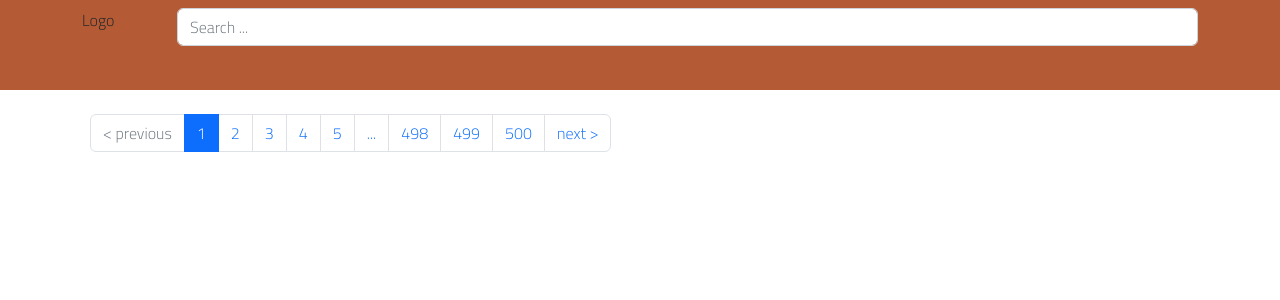
Repository: SD-Mdouka/react-table
Page: /
An editor plug-in stored every save of this project. The page is shown before and after the next save, followed by the edit.
The browser window is 1280 px wide. The pictures show the whole page.
The page's requests for data from a server got no answer. The project was rebuilt for these pictures with package versions that can differ from the ones it lists, and the page was loaded fresh each time. No one was signed in, and anything a server would have sent is missing. Also part of the build but not shown: src/react-table-filter/table-list-card/components/CardMovies.tsx.

Above is the page before, as saved 2022-10-16 01:16:51.

After the next save:
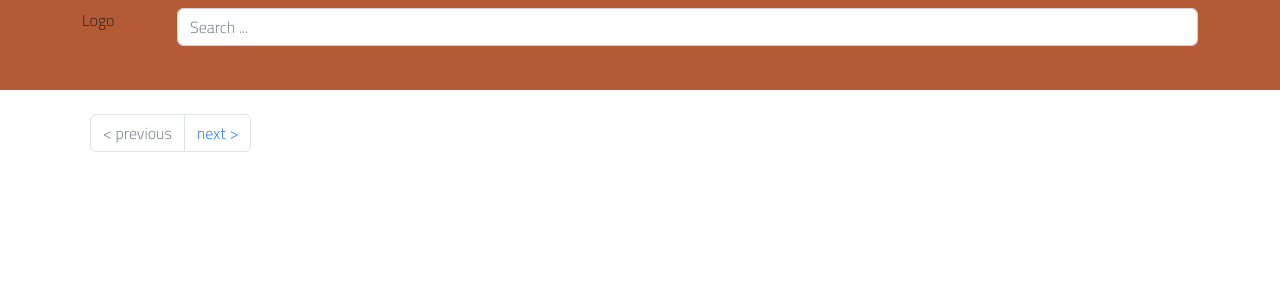
Saved 5 s later.
--- a/src/react-table-filter/table-list-card/components/Pageination.tsx
+++ b/src/react-table-filter/table-list-card/components/Pageination.tsx
@@ -2,11 +2,11 @@ import React from "react";
 import { Pagination } from "react-bootstrap";
 import ReactPaginate from "react-paginate";
 
-const Pageination = ({ getPage }: any) => {
+const Pageination = ({ getPage, countPages }: any) => {
   const handlePageClick = (data: any) => {
     getPage(data.selected + 1);
   };
-  const pageCount = 500;
+  const pageCount = countPages;
   return (
     <div>
       <ReactPaginate
